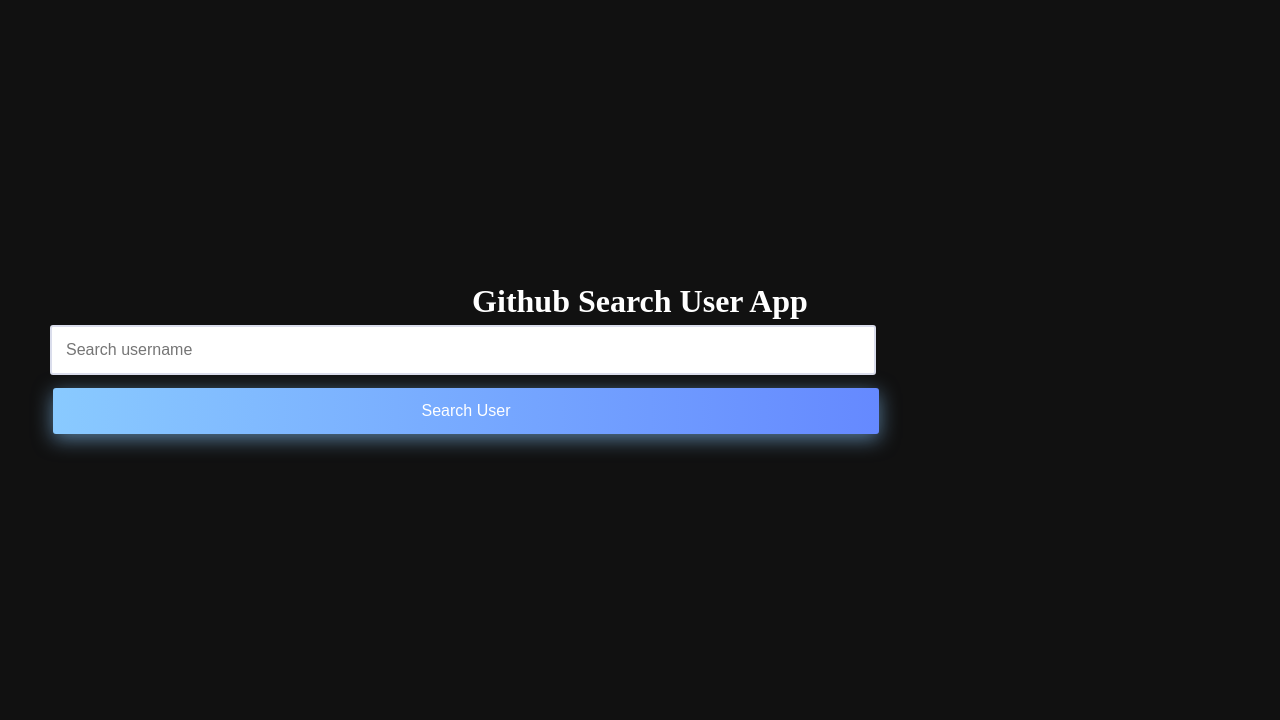
Repository: solox-cyber/Github-search-user
Page: index.html
The author's editor kept a copy of each file at every save. The page is drawn from the files as they stood at one save, then again after the next save.
The browser window is 1280 px wide. The pictures show the whole page.

Above is the page before, as saved 2023-03-25 18:34:06.

After the next save:
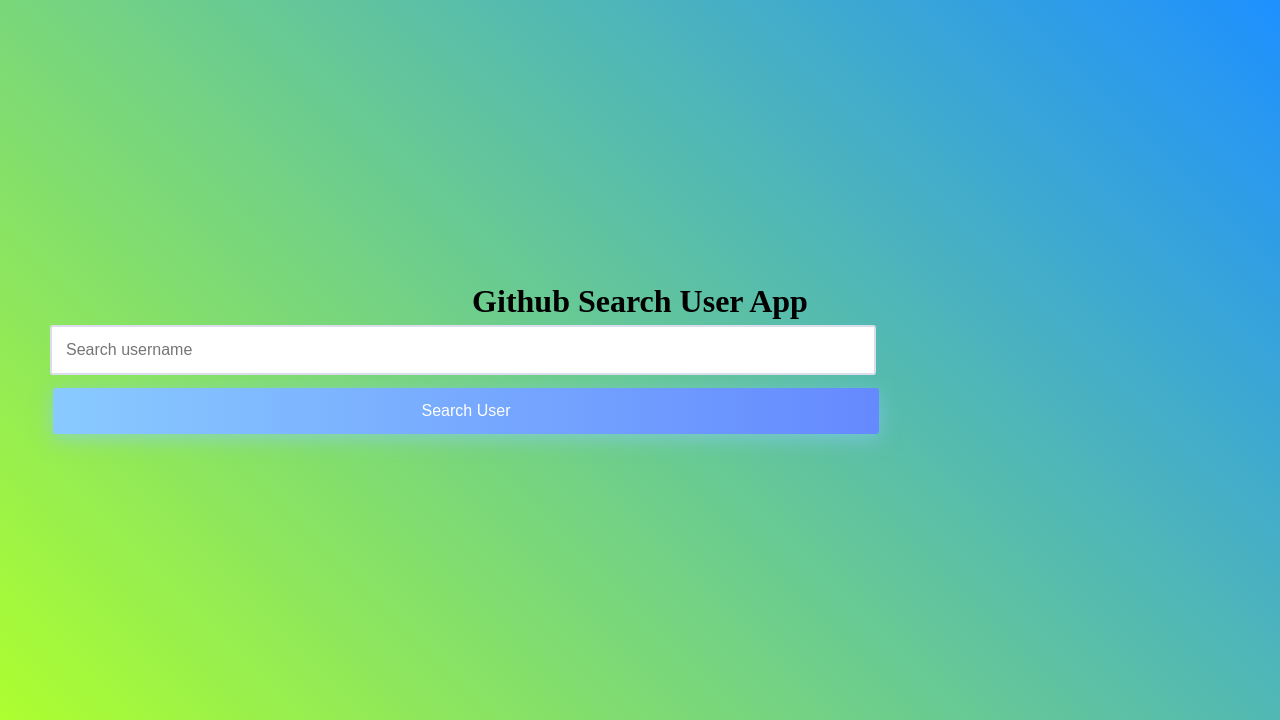
Saved 30 s later.
--- a/style.css
+++ b/style.css
@@ -3,11 +3,18 @@
     padding: 0;
     box-sizing: border-box;
 }
+body {
+    margin: 0;
+    padding: 0;
+    box-sizing: border-box;
+    display: flex;
+    justify-content: center;
+    align-items: center;
+    height: 100vh;
+    background: linear-gradient(45deg, greenyellow, dodgerblue);
+    font-family: "Sansita Swashed", cursive;
+  }
 
-body{
-    background-color: #111;
-    color: #fff;
-}
 .container{
     position: relative;
     display: block;

After the save that followed:
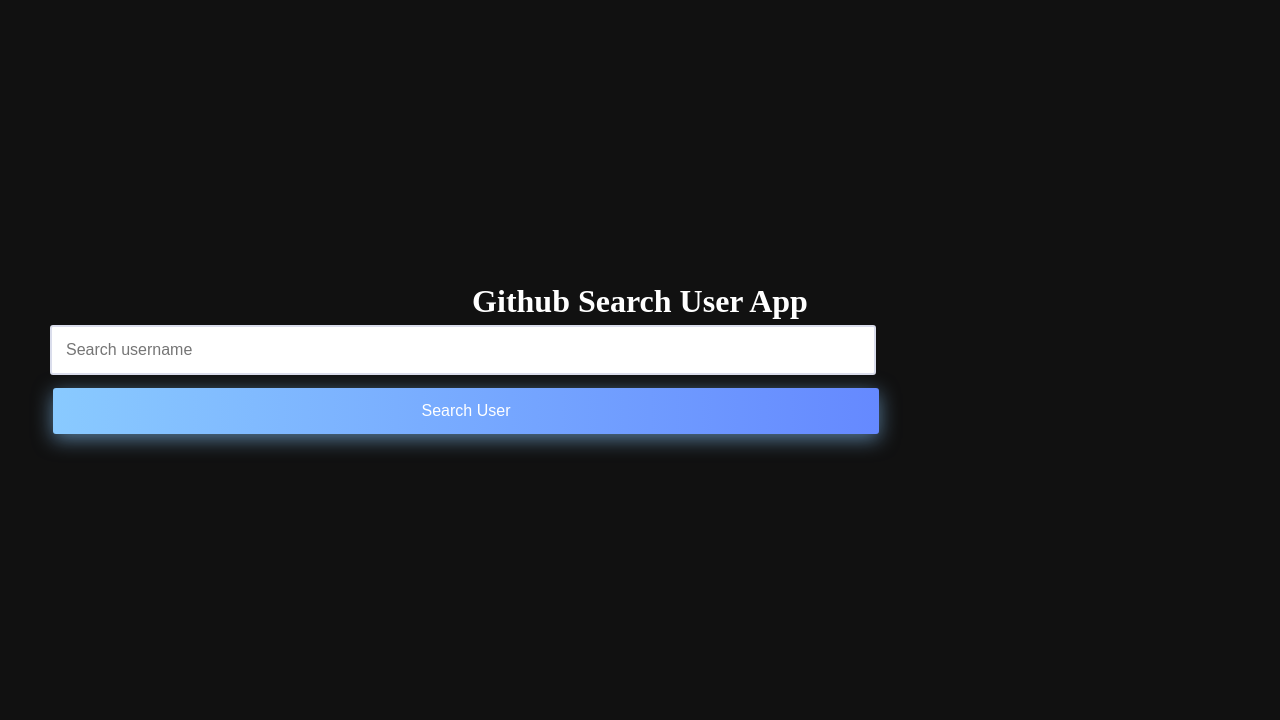
Saved 9 s later.
--- a/style.css
+++ b/style.css
@@ -3,23 +3,17 @@
     padding: 0;
     box-sizing: border-box;
 }
-body {
-    margin: 0;
-    padding: 0;
-    box-sizing: border-box;
-    display: flex;
-    justify-content: center;
-    align-items: center;
-    height: 100vh;
-    background: linear-gradient(45deg, greenyellow, dodgerblue);
-    font-family: "Sansita Swashed", cursive;
-  }
 
+body{
+    background-color: #111;
+    color: #fff;
+}
 .container{
-    position: relative;
+    position: re;
     display: block;
     height: 100vh;
     width: 100%;
+    top:10%;
     padding:50px 50px;
     justify-content: center;
     align-content: center;
